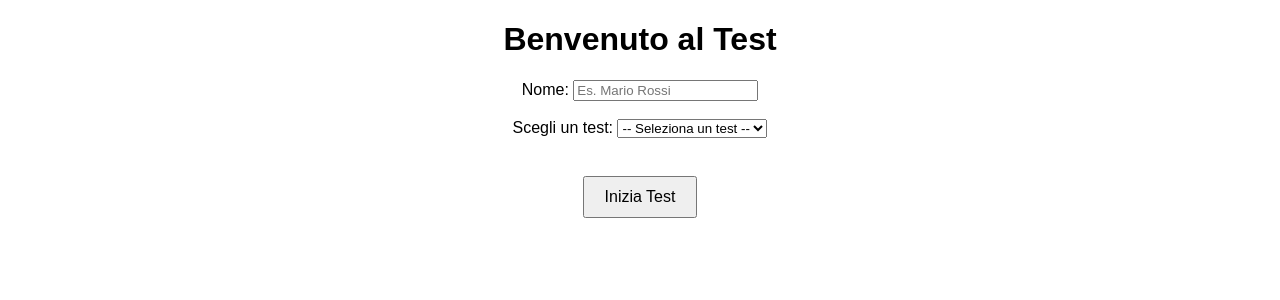
Repository: Probyte5D/Test-Task
Page: wwwroot/index.html
The author's editor kept a copy of each file at every save. The page is drawn from the files as they stood at one save, then again after the next save.
The browser window is 1280 px wide. The pictures show the whole page.
The page's requests for data from a server got no answer.

Above is the page before, as saved 2025-10-22 20:00:50.

After the next save:
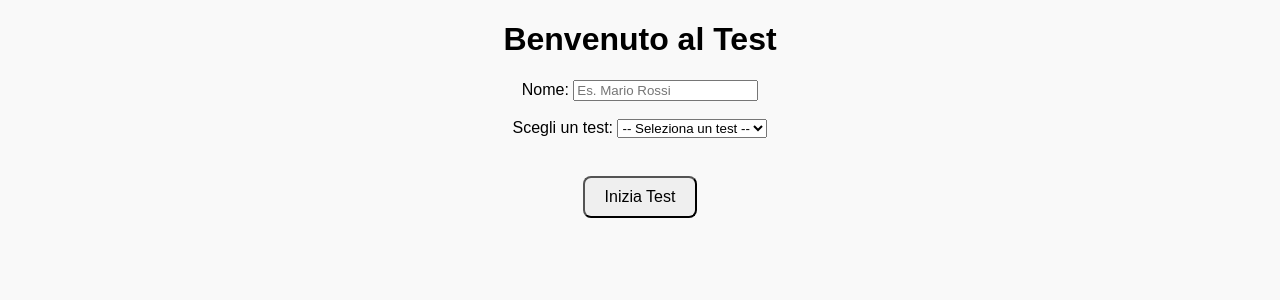
Saved 3 min 11 s later.
--- a/wwwroot/index.html
+++ b/wwwroot/index.html
@@ -4,16 +4,16 @@
 <meta charset="UTF-8">
 <title>Test System</title>
 <style>
-    body { font-family: Arial; margin: 20px; text-align: center; }
+    body { font-family: Arial; margin: 20px; text-align: center; background: #f9f9f9; }
     .hidden { display: none; }
-    .question-card { margin-bottom: 20px; padding: 20px; border-radius: 10px; box-shadow: 0 2px 8px rgba(0,0,0,0.2); display: inline-block; text-align: left; }
+    .question-card { margin-bottom: 20px; padding: 20px; border-radius: 10px; box-shadow: 0 2px 8px rgba(0,0,0,0.2); display: inline-block; text-align: left; background: #fff; }
     .progress { width: 100%; background: #eee; height: 20px; margin-bottom: 20px; border-radius: 10px; }
     .progress-bar { width: 0; height: 100%; background: #4caf50; border-radius: 10px; transition: width 0.3s; }
     .answer-btn { display: block; width: 300px; margin: 10px auto; padding: 15px; font-size: 16px; border: none; border-radius: 8px; cursor: pointer; transition: transform 0.2s; }
     .answer-btn:hover { transform: scale(1.05); }
     .answer-btn.correct { background-color: #4caf50; color: white; }
     .answer-btn.wrong { background-color: #f44336; color: white; }
-    button { margin-top: 20px; padding: 10px 20px; font-size: 16px; cursor: pointer; }
+    button { margin-top: 20px; padding: 10px 20px; font-size: 16px; cursor: pointer; border-radius: 8px; }
 </style>
 </head>
 <body>
@@ -101,13 +101,26 @@ function updateProgress() {
 
 function selectAnswer(index) {
     const q = currentTest.questions[currentQuestionIndex];
+    const buttons = document.querySelectorAll('.answer-btn');
+
+    // Evidenzia la scelta corretta o sbagliata
+    buttons.forEach((btn, i) => {
+        if (i === index) {
+            btn.classList.add(q.options[i].isCorrect ? 'correct' : 'wrong');
+        }
+        btn.disabled = true; // disabilita tutti i bottoni dopo la scelta
+    });
+
     if (q.options[index].isCorrect) correctAnswers++;
-    currentQuestionIndex++;
-    if (currentQuestionIndex >= currentTest.questions.length) {
-        finishTest();
-    } else {
-        showQuestion();
-    }
+
+    setTimeout(() => {
+        currentQuestionIndex++;
+        if (currentQuestionIndex >= currentTest.questions.length) {
+            finishTest();
+        } else {
+            showQuestion();
+        }
+    }, 500);
 }
 
 async function finishTest() {
@@ -116,6 +129,7 @@ async function finishTest() {
     document.getElementById('resultText').textContent =
         `Ciao ${document.getElementById('userName').value}, hai risposto correttamente a ${correctAnswers} su ${currentTest.questions.length} domande.`;
 
+    // Salvataggio del risultato su MongoDB
     await fetch('http://localhost:5155/api/UserResult', {
         method: 'POST',
         headers: { 'Content-Type': 'application/json' },
